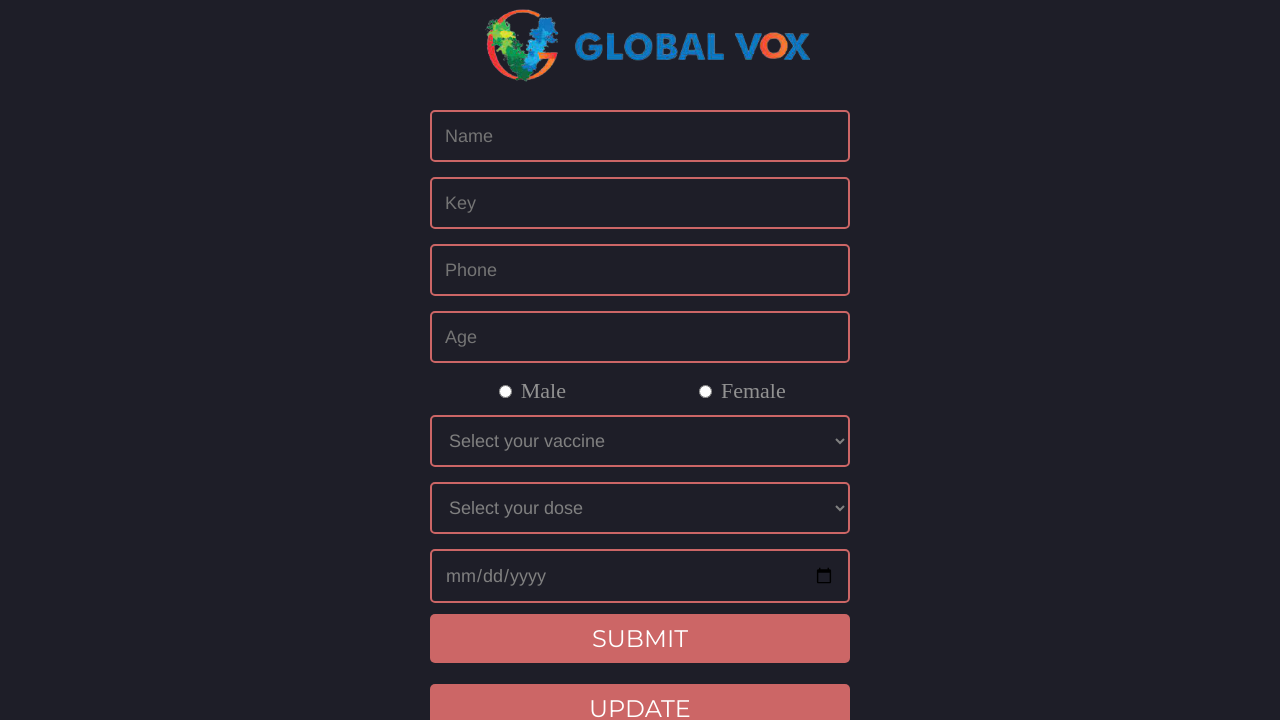
Repository: TheDARKFURY/Hyperledger-Fabric-Covid-Vaccine-Tracker-
Page: eclipse-workspace/FebDemoNew/src/main/webapp/index.html
The author's editor kept a copy of each file at every save. The page is drawn from the files as they stood at one save, then again after the next save.
The browser window is 1280 px wide. The pictures show the whole page.

Above is the page before, as saved 2022-02-25 11:25:29.

### eclipse-workspace/FebDemoNew/src/main/webapp/index.html
<html>
<head>
<link rel="stylesheet" href="style.css" >
</head>
<body>

<div>
	<img src="globalvoximg-removebg.png"  class="img">
</div>

<form action="ClientApp">
  <input name="name" type="text" class="feedback-input" placeholder="Name" required="required"/>

  <input name="key" type="text" class="feedback-input" placeholder="Key" required="required" min="0"/>

  <input name="id" type="text" class="feedback-input" placeholder="Phone" required="required"/>

  <input name="age" type="number" class="feedback-input" placeholder="Age" min="0" required="required">

  <div class="gender" name="gender" required="required">
  <div>
  <input type="radio" name="gender" value="male"> Male</div>
  <div>
<input type="radio" name="gender" value="female" class="female"> Female</div>
</div>


  <select class="feedback-input" name="vaccinename" required="required">

    <option disabled selected>Select your vaccine</option>
    <option>Pfizer</option>
    <option>Moderna</option>
    <option>Covaxin</option>
    <option>Covishield</option>
    <option>Sputnik</option>
    <option>Zycov</option>
  </select>


  <select class="feedback-input" name="dose" required="required">

    <option disabled selected>Select your dose</option>
    <option>1</option>
    <option>2</option>
    <option>3</option>
    <option>4</option>
    <option>5</option>
    <option>6</option>
  </select>




  <input name="date-of-vaccination" type="date" class="feedback-input" placeholder="Date of Vaccination" required="required">


  <input type="submit" value="SUBMIT"/>


</form>


<form action="update.html">
    <input type="submit" value="UPDATE" />
</form>

<form action="display.html">
    <input type="submit" value="DISPLAY" />
</form>


</body>
</html>

### eclipse-workspace/FebDemoNew/src/main/webapp/style.css
@import url(https://fonts.googleapis.com/css?family=Montserrat:400,700);

body { background:rgb(30,30,40);position:fixed;top:0;left:0;bottom:0;right:0}
form { max-width:420px; margin:25px auto; }

.feedback {
  color: grey;
  font-family: Helvetica, Arial, sans-serif;
  font-weight:500;
  font-size: 18px;
  line-height: 22px;
  transition: all 0.3s;
  outline:0;
  background: rgb(30,30,40);
  margin-left:0;
  margin-right:0;

}
.img{

  display: block;
 margin: 0 auto;
  width: 340px;


}

.feedback-input {
  color: grey;
  font-family: Helvetica, Arial, sans-serif;
  font-weight:500;
  font-size: 18px;
  border-radius: 5px;
  line-height: 22px;
  background-color: transparent;
  border:2px solid #CC6666;
  transition: all 0.3s;
  padding: 13px;
  margin-bottom: 15px;
  width:100%;
  box-sizing: border-box;
  outline:0;
}

.feedback-input option{    background: rgb(30,30,40);
  color: grey;padding: 10px;}
.gender{    font-size: 22px;
  color: #929292;
  display: flex;
  justify-content: space-around;
padding-bottom: 11px;
}


.female{
  padding-left: 20px;
}
feedback-input:focus { border:2px solid #CC4949; }

textarea {
  height: 150px;
  line-height: 150%;
  resize:vertical;
}

[type="submit"] {
  font-family: 'Montserrat', Arial, Helvetica, sans-serif;
  width: 100%;
  background:#CC6666;
  border-radius:5px;
  border:0;
  cursor:pointer;
  color:white;
  font-size:24px;
  padding-top:10px;
  padding-bottom:10px;
  transition: all 0.3s;
  margin-top:-4px;
  font-weight:300;
}
[type="submit"]:hover { background:#CC4949; }

After the next save:
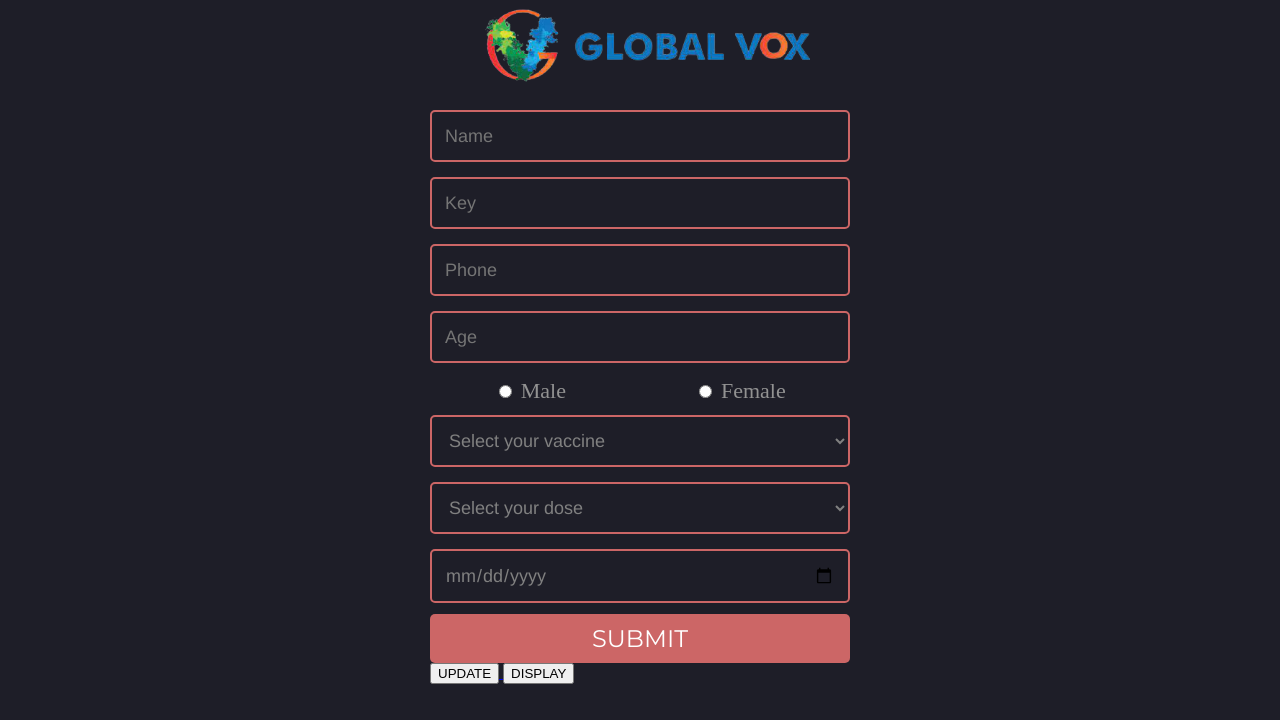
Saved 2 min 58 s later.
--- a/eclipse-workspace/FebDemoNew/src/main/webapp/index.html
+++ b/eclipse-workspace/FebDemoNew/src/main/webapp/index.html
@@ -55,18 +55,18 @@
 
 
   <input type="submit" value="SUBMIT"/>
+  <a href="update.html">
+    <button>UPDATE</button>
+</a>
 
+<a href="display.html">
+        <button>DISPLAY</button>
+</a>
 
 </form>
 
 
-<form action="update.html">
-    <input type="submit" value="UPDATE" />
-</form>
 
-<form action="display.html">
-    <input type="submit" value="DISPLAY" />
-</form>
 
 
 </body>
